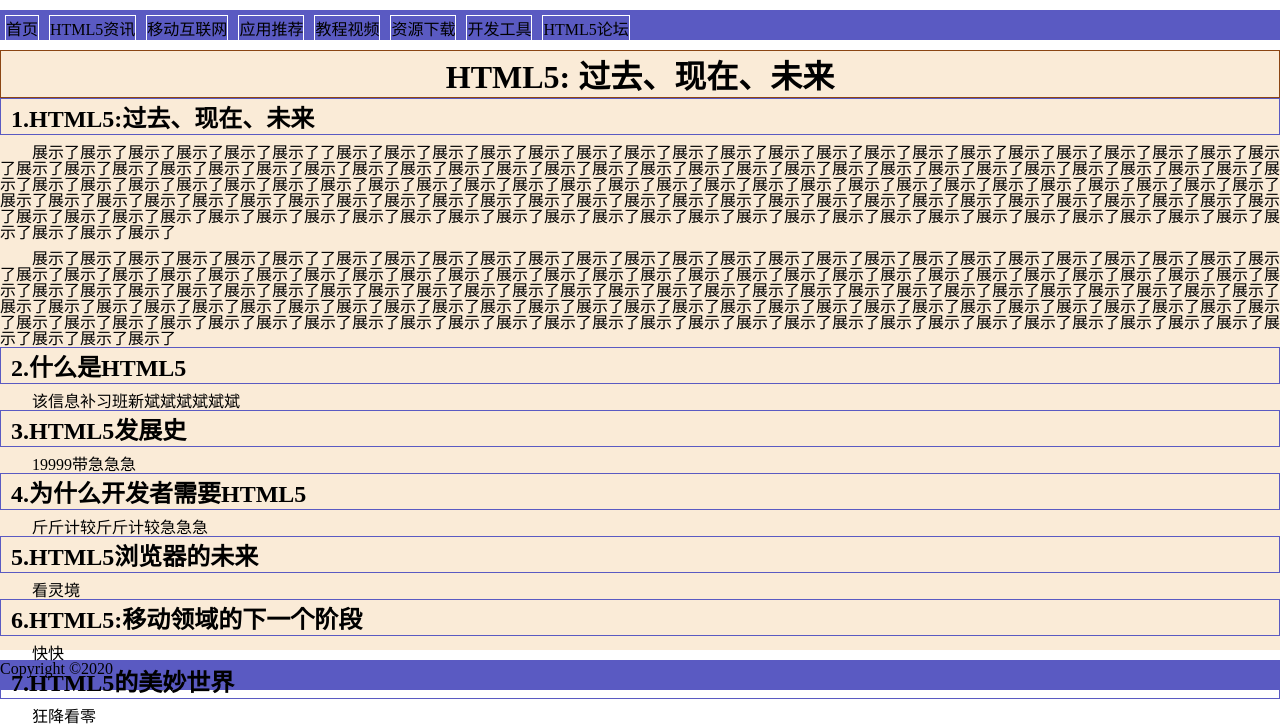
Repository: LstHeart/html-learning
Page: css/案例作业2.html
The author's editor kept a copy of each file at every save. The page is drawn from the files as they stood at one save, then again after the next save.
The browser window is 1280 px wide. The pictures show the whole page.

Above is the page before, as saved 2021-01-05 21:52:13.

### css/案例作业2.html
<!DOCTYPE html>
<html lang="en">
<head>
    <meta charset="UTF-8">
    <meta name="viewport" content="width=device-width, initial-scale=1.0">
    <title>HTML5</title>
    <link rel="stylesheet" href="html5.css">
</head>
<body>
    <div class="header">
        <ul>
            <li>首页</li>
            <li>HTML5资讯</li>
            <li>移动互联网</li>
            <li>应用推荐</li>
            <li>教程视频</li>
            <li>资源下载</li>
            <li>开发工具</li>
            <li>HTML5论坛</li>
        </ul>
    </div>
    <div class="content">
        <h1>HTML5: 过去、现在、未来</h1>
        <h2>1.HTML5:过去、现在、未来</h2>
        <p>展示了展示了展示了展示了展示了展示了了展示了展示了展示了展示了展示了展示了展示了展示了展示了展示了展示了展示了展示了展示了展示了展示了展示了展示了展示了展示了展示了展示了展示了展示了展示了展示了展示了展示了展示了展示了展示了展示了展示了展示了展示了展示了展示了展示了展示了展示了展示了展示了展示了展示了展示了展示了展示了展示了展示了展示了展示了展示了展示了展示了展示了展示了展示了展示了展示了展示了展示了展示了展示了展示了展示了展示了展示了展示了展示了展示了展示了展示了展示了展示了展示了展示了展示了展示了展示了展示了展示了展示了展示了展示了展示了展示了展示了展示了展示了展示了展示了展示了展示了展示了展示了展示了展示了展示了展示了展示了展示了展示了展示了展示了展示了展示了展示了展示了展示了展示了展示了展示了展示了展示了展示了展示了展示了展示了展示了展示了展示了展示了展示了展示了展示了展示了展示了展示了展示了展示了</p>
        <p>展示了展示了展示了展示了展示了展示了了展示了展示了展示了展示了展示了展示了展示了展示了展示了展示了展示了展示了展示了展示了展示了展示了展示了展示了展示了展示了展示了展示了展示了展示了展示了展示了展示了展示了展示了展示了展示了展示了展示了展示了展示了展示了展示了展示了展示了展示了展示了展示了展示了展示了展示了展示了展示了展示了展示了展示了展示了展示了展示了展示了展示了展示了展示了展示了展示了展示了展示了展示了展示了展示了展示了展示了展示了展示了展示了展示了展示了展示了展示了展示了展示了展示了展示了展示了展示了展示了展示了展示了展示了展示了展示了展示了展示了展示了展示了展示了展示了展示了展示了展示了展示了展示了展示了展示了展示了展示了展示了展示了展示了展示了展示了展示了展示了展示了展示了展示了展示了展示了展示了展示了展示了展示了展示了展示了展示了展示了展示了展示了展示了展示了展示了展示了展示了展示了展示了展示了</p>
        <h2>2.什么是HTML5</h2>
        <p>该信息补习班新斌斌斌斌斌斌</p>
        <h2>3.HTML5发展史</h2>
        <p>19999带急急急</p>
        <h2>4.为什么开发者需要HTML5</h2>
        <p>斤斤计较斤斤计较急急急</p>
        <h2>5.HTML5浏览器的未来</h2>
        <p>看灵境</p>
        <h2>6.HTML5:移动领域的下一个阶段</h2>
        <p>快快</p>
        <h2>7.HTML5的美妙世界</h2>
        <p>狂降看零</p>
    </div>
    <div class="footer">
        Copyright &copy;2020
    </div>
</body>
</html>

### css/html5.css
*{
    padding: 0;
    margin: 0;
}
li{
    list-style: none;
}
a{
    text-decoration: none;
}
.content{
    background-color: #fff;
}
.header,.footer{
    height: 30px;
    background-color: #5a5ac2;
    margin: 10px auto;
}
.header li{
    float: left;
    margin:5px 5px;
    border:#fff solid 1px;
}
.content{
    background-color:antiquewhite;
    height: 600px;
    margin: 10px auto;
}
.content h1{
    border: 1px saddlebrown solid;
    text-align: center;
    font-family: '黑体';
}
.content h2{
    border:#5a5ac2 1px solid;
    padding-left: 10px;
}
.content p{
    font-family: '楷体';
    text-indent: 2em;
    margin-top: 10px;
    line-height: 1;
}

After the next save:
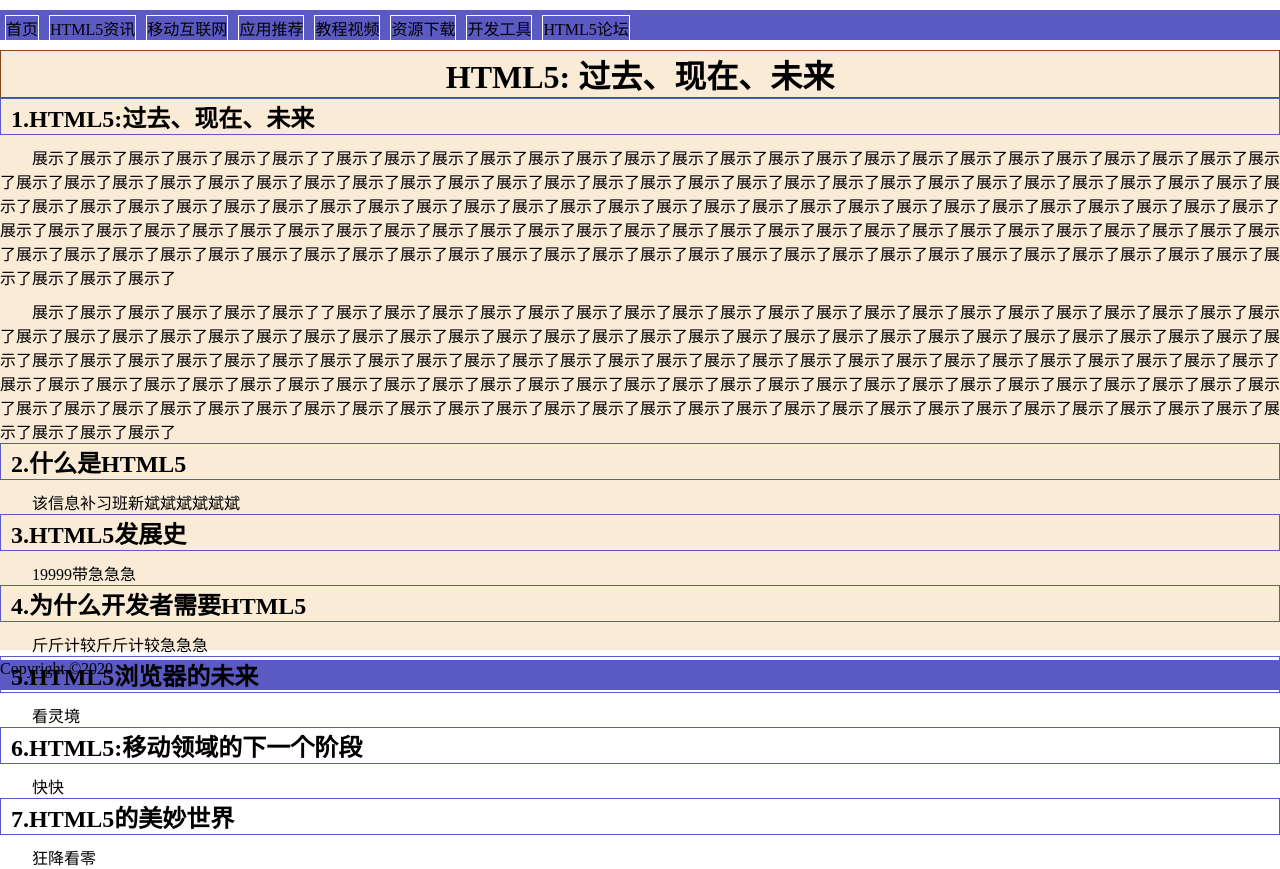
Saved 8 s later.
--- a/css/html5.css
+++ b/css/html5.css
@@ -39,5 +39,5 @@ a{
     font-family: '楷体';
     text-indent: 2em;
     margin-top: 10px;
-    line-height: 1;
+    /* line-height: 1; */
 }
